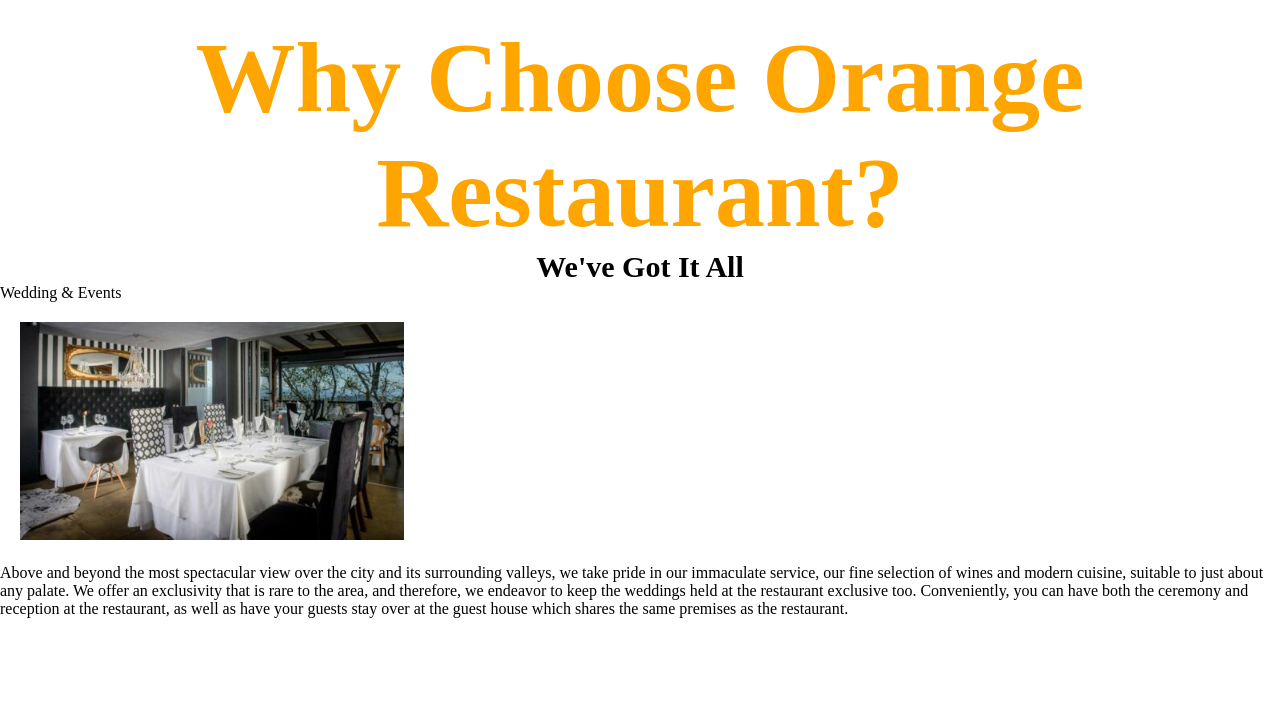
Repository: KaraboM20/KaraboUpdatedProjectOrang-Rest
Page: services.html
An editor plug-in stored every save of this project. The page is shown before and after a run of saves, followed by the edit.
The browser window is 1280 px wide. The pictures show the whole page.

Above is the page before, as saved 2024-11-23 20:22:30.

After the next 4 saves:
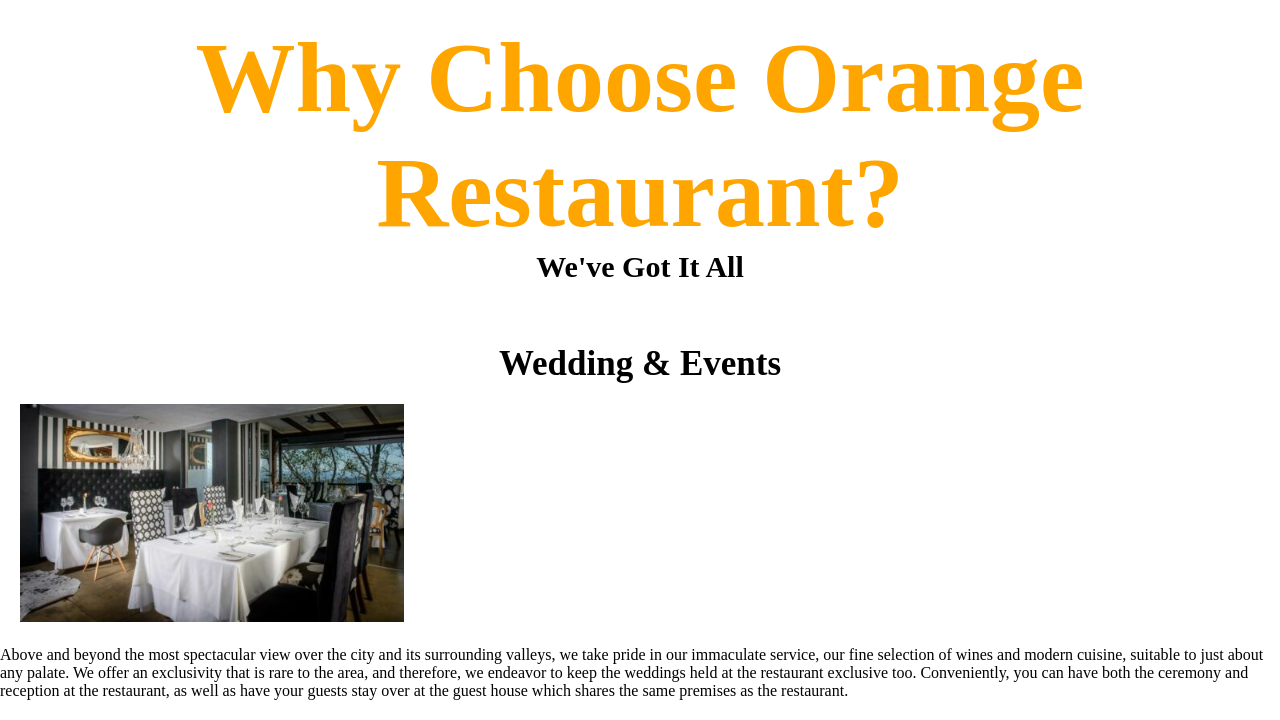
The 4 saves are shown as one change because they came seconds apart.
The last was saved 11 s later.
--- a/style.css
+++ b/style.css
@@ -302,7 +302,9 @@
     text-align: center;
 }
 
-.wed
+.wedding {
+    margin-top: 60px;
+}
 
 .wed-heading {
     text-align: center;
